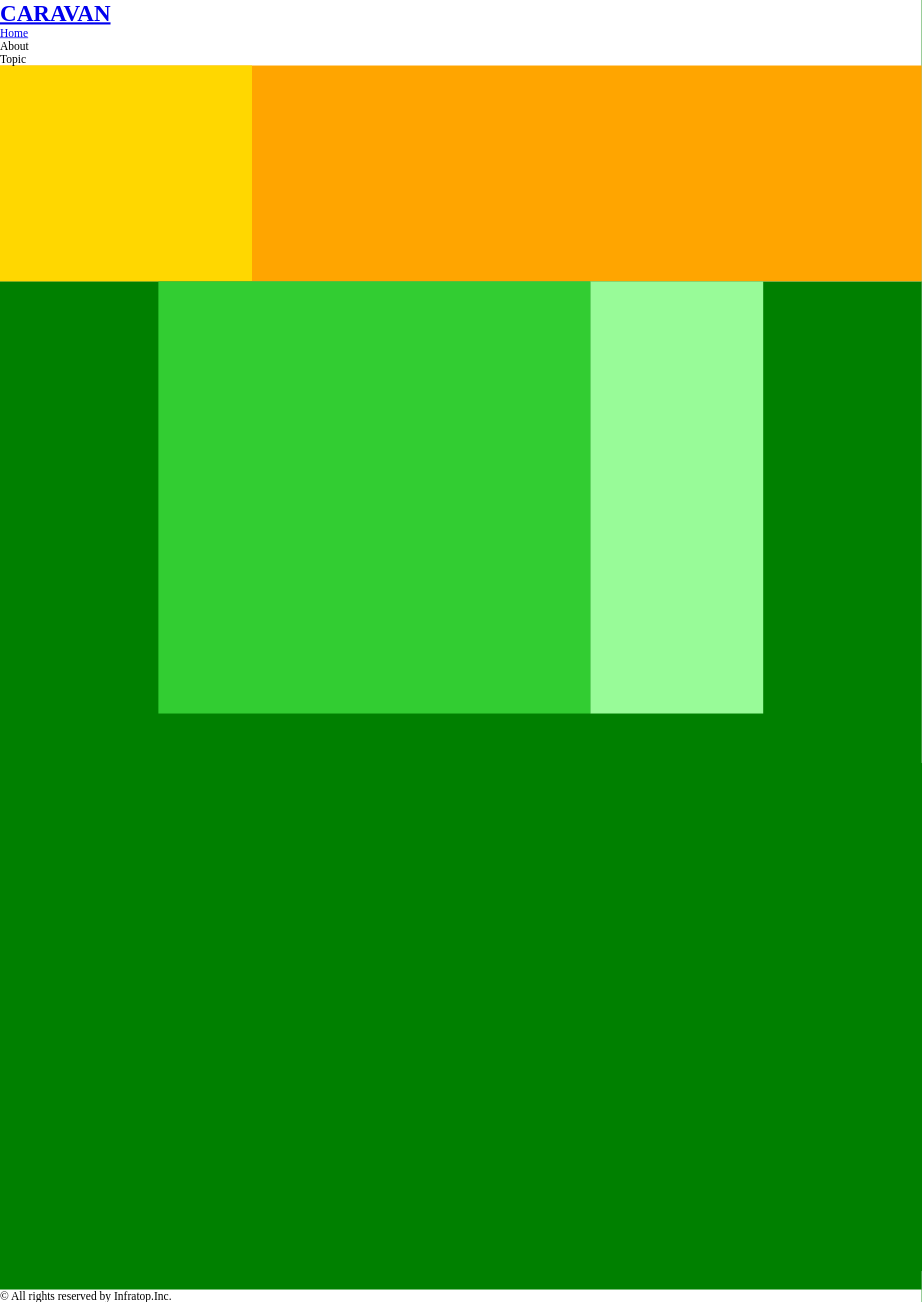
Repository: Nao002/practice
Page: caravan/index.html
The author's editor kept a record of every edit. The page is drawn from the files as they stood at one moment, then again after the next edit.
The browser window is 1280 px wide. The pictures show the whole page, at 72% of full size.

Above is the page before.

After the next edit:
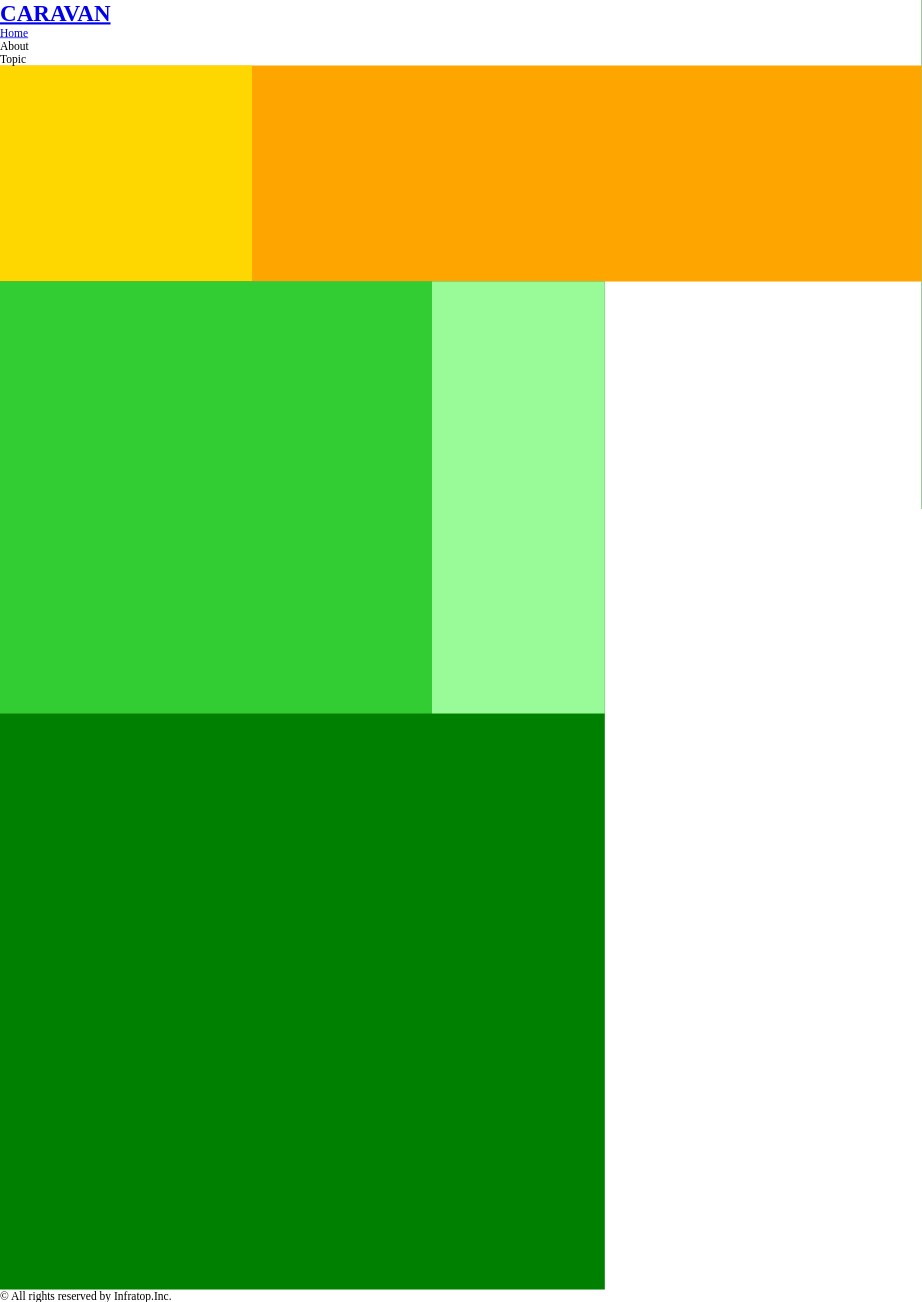
The edit:
--- a/caravan/style.css
+++ b/caravan/style.css
@@ -36,7 +36,7 @@
 }
 
 .main {
-  width: 100%; /* 横幅いっぱい */
+  width: 840px; /* 横幅いっぱい */
   height: 1400px; /* 高さ1400px（多めに設定） */
   background-color: green; /* 背景色green */
   display: flex; /* Flexboxの利用 */
